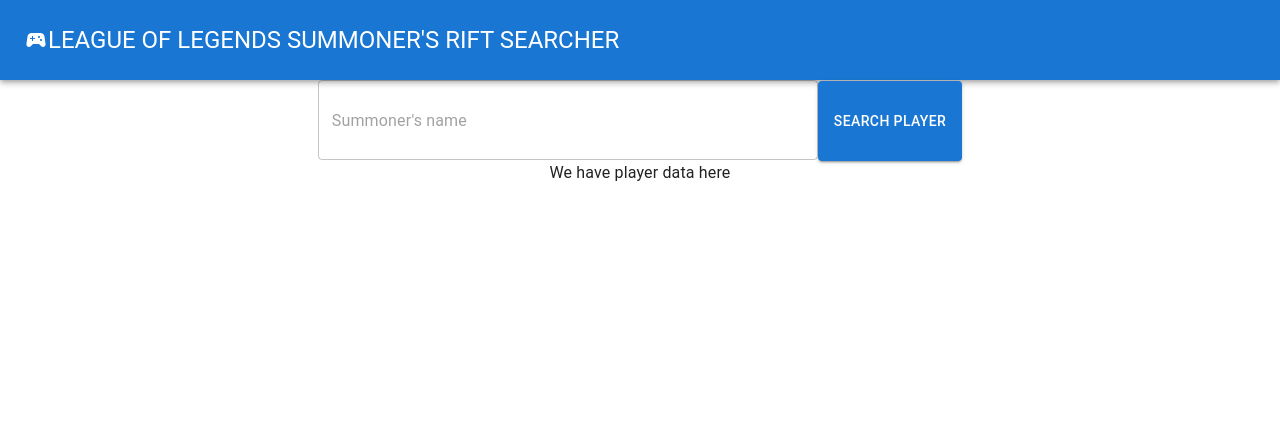
Repository: Mikerr21/League-Of-Legends-API
Page: /
These files come from the project's save history. The page is drawn as it stood at one moment and after a run of saves; the edit follows.
The browser window is 1280 px wide. The pictures show the whole page.
The page's requests for data from a server got no answer. The project was rebuilt for these pictures with package versions that can differ from the ones it lists, and the page was loaded fresh each time. No one was signed in, and anything a server would have sent is missing.

Above is the page before, as saved 2022-09-24 21:38:59.

### public/index.html
<!DOCTYPE html>
<html lang="en">
  <head>
    <meta charset="utf-8" />
    <link rel="icon" href="%PUBLIC_URL%/favicon.ico" />
    <meta name="viewport" content="width=device-width, initial-scale=1" />
    <meta name="theme-color" content="#000000" />
    <meta
      name="description"
      content="Web site created using create-react-app"
    />
    <link rel="apple-touch-icon" href="%PUBLIC_URL%/logo192.png" />

    <title>React App</title>
  </head>
  <body>
    <noscript>You need to enable JavaScript to run this app.</noscript>
    <div id="root"></div>

  </body>
</html>

### src/App.js
import React from "react";
import axios from "axios";
import { useState } from "react";
import { AppBar } from "@mui/material";
import { Toolbar } from "@mui/material";
import { CssBaseline } from "@mui/material";
import SportsEsportsIcon from "@mui/icons-material/SportsEsports";
import OutlinedInput from "@mui/material/OutlinedInput";
import "./App.css";
import { Typography } from "@mui/material";
import { Button } from "@mui/material";
import { Box } from "@mui/material";
import Card from '@mui/material/Card';
import CardActions from '@mui/material/CardActions';
import CardContent from '@mui/material/CardContent';

function App() {
  const [searchPlayer, setSearchPlayer] = useState("");
  const [playerData,setPlayerData]= useState({});
  const API_KEY ="c4eb3244-2494-4789-a6a3-47b4f6d5b70a";

  function fetchPlayerData(event){

    var API_KEY = "RGAPI-e5d7e95c-8a4e-4469-bf42-53bc6d1175b3";
    var API_CALL_STRING ="https://euw1.api.riotgames.com/lol/summoner/v4/summoners/by-name/" + searchPlayer + "?api_key=" +API_KEY;
    axios.get(API_CALL_STRING).then(function (response) {
      //Success

      setPlayerData(response.data);
    }).catch(function(error){
      //Error
      console.log(error)
    })
  }

  return (
    <div className="App">
      <CssBaseline />
      <AppBar position="static">
        <Toolbar variant="dense" style={{ height: "80px" }}>
          <SportsEsportsIcon></SportsEsportsIcon>
          <Typography variant="h5" component="h2">
            LEAGUE OF LEGENDS SUMMONER'S RIFT SEARCHER
          </Typography>
        </Toolbar>
      </AppBar>
      <Box>
        <OutlinedInput
          onChange={(e) => setSearchPlayer(e.target.value)}
          type="text"
          placeholder="Summoner's name"
          style={{ height: "80px", width: "500px" }}
        ></OutlinedInput>
        <Button onClick={fetchPlayerData()} variant="contained" style={{ height: "80px" }}>
          Search player
        </Button>
      </Box>
      {JSON.stringify(playerData.data) != '{}' ?
      <Typography>We have player data here</Typography>
       :
      <Typography>No player data detected</Typography>}
    </div>
  );
}

export default App;

Loaded but not shown: src/index.js (common file); src/index.css (common file); src/App.css (common file)

After the next 2 saves:
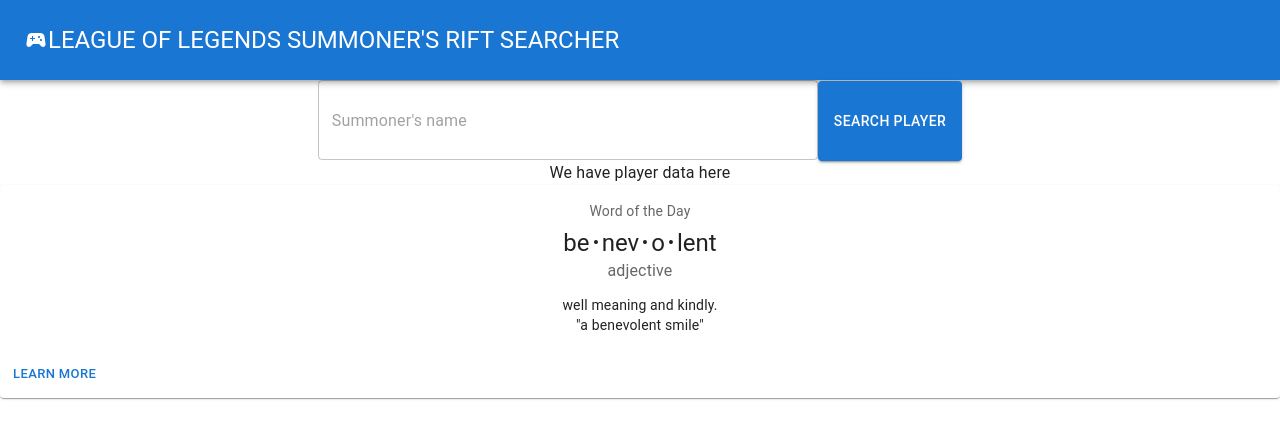
The 2 saves are shown as one change because 1 did not build or start.
The last was saved 3 min 33 s later.
--- a/src/App.js
+++ b/src/App.js
@@ -13,6 +13,17 @@
 import Card from '@mui/material/Card';
 import CardActions from '@mui/material/CardActions';
 import CardContent from '@mui/material/CardContent';
+
+
+
+const bull = (
+  <Box
+    component="span"
+    sx={{ display: 'inline-block', mx: '2px', transform: 'scale(0.8)' }}
+  >
+    •
+  </Box>)
+
 
 function App() {
   const [searchPlayer, setSearchPlayer] = useState("");
@@ -59,6 +70,27 @@
       <Typography>We have player data here</Typography>
        :
       <Typography>No player data detected</Typography>}
+      <Card sx={{ minWidth: 275 }}>
+      <CardContent>
+        <Typography sx={{ fontSize: 14 }} color="text.secondary" gutterBottom>
+          Word of the Day
+        </Typography>
+        <Typography variant="h5" component="div">
+          be{bull}nev{bull}o{bull}lent
+        </Typography>
+        <Typography sx={{ mb: 1.5 }} color="text.secondary">
+          adjective
+        </Typography>
+        <Typography variant="body2">
+          well meaning and kindly.
+          <br />
+          {'"a benevolent smile"'}
+        </Typography>
+      </CardContent>
+      <CardActions>
+        <Button size="small">Learn More</Button>
+      </CardActions>
+    </Card>
     </div>
   );
 }
